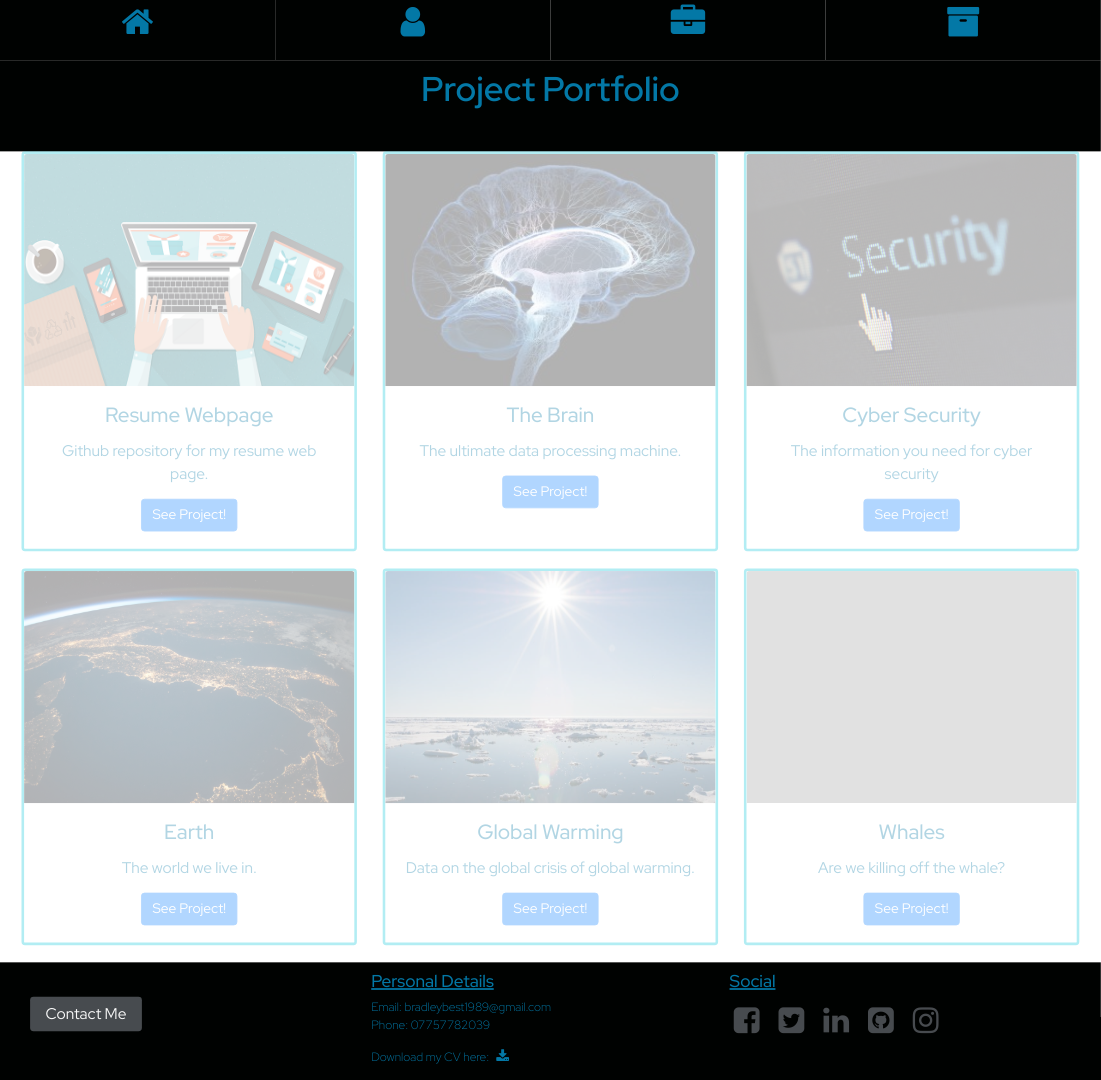
Repository: Brad000/Resume-project
Page: projects.html
The author's editor kept a record of every edit. The page is drawn from the files as they stood at one moment, then again after the next edit.
The browser window is 1280 px wide. The pictures show the whole page, at 86% of full size.
Pictures or frames that could not be fetched are drawn as grey boxes.

Above is the page before.

### projects.html
<!DOCTYPE html>
<html lang="en">

<head>
    <meta charset="UTF-8">
    <meta name="viewport" content="width=device-width, initial-scale=1.0">
    <meta http-equiv="X-UA-Compatible" content="ie=edge">
    <link rel="stylesheet" href="https://stackpath.bootstrapcdn.com/bootstrap/4.3.1/css/bootstrap.min.css" type="text/css" />
    <link rel="stylesheet" href="https://stackpath.bootstrapcdn.com/font-awesome/4.7.0/css/font-awesome.min.css" type="text/css" />
    <link rel="stylesheet" href="assets/css/style.css" type="text/css" />
    <link rel="stylesheet" href="https://cdnjs.cloudflare.com/ajax/libs/hover.css/2.3.1/css/hover-min.css" type="text/css" />
    <title>Bradley Best - Full Stack Web Developer</title>
</head>
<body>
    <!---------------------------NavBar------------------------------------>

    <header>
        <div class="row no-gutters">
            <div class="col-3 nav-item">
                <i class="fa fa-home"></i>
                <a id="nav-link" href="index.html">
                    <h5 id="nav-text">Home</h5>
                </a>
            </div>
            <div class="col-3 nav-item">
                <i class="fa fa-user"></i>
                <a id="nav-link" href="about-me.html">
                    <h5 id="nav-text">About Me</h5>
                </a>
            </div>
            <div class="col-3 nav-item">
                <i class="fa fa-briefcase"></i>
                <a id="nav-link" href="work-history.html">
                    <h5 id="nav-text">Work History</h5>
                </a>
            </div>
            <div class="col-3 nav-item">
                <i class="fa fa-archive"></i>
                <a id="nav-link" href="projects.html">
                    <h5 id="nav-text">Portfolio</h5>
                </a>
            </div>
        </div>
    </header>

    <!------------------------Project Portfolio------------------------------>

    <div class="row no-gutters project-bg">
        <div class="col-12 no-gutters">
            <h2 class="main-headings project-heading">Project Portfolio</h2>
        </div>
    </div>
    <div class="card-deck">
        <div class="card text-center">
            <img src="assets/images/online.png" class="card-img-top" alt="Resume Icon">
            <div class="card-body">
                <h5 class="card-title">Resume Webpage</h5>
                <p class="card-text">Github repository for my resume web page.</p>
                <a href="#" class="btn btn-primary">See Project!</a>
            </div>
        </div>
        <div class="card text-center">
            <img src="assets/images/brain.jpg" class="card-img-top" alt="The Human Brain">
            <div class="card-body">
                <h5 class="card-title">The Brain</h5>
                <p class="card-text">The ultimate data processing machine.</p>
                <a href="#" class="btn btn-primary">See Project!</a>
            </div>
        </div>
        <div class="card text-center">
            <img src="assets/images/cyber.jpg" class="card-img-top" alt="Cyber security logo">
            <div class="card-body">
                <h5 class="card-title">Cyber Security</h5>
                <p class="card-text">The information you need for cyber security</p>
                <a href="#" class="btn btn-primary">See Project!</a>
            </div>
        </div>
    </div>
    <div class="card-deck">
        <div class="card text-center">
            <img src="assets/images/earth.jpg" class="card-img-top" alt="Picture of Planet Earth">
            <div class="card-body">
                <h5 class="card-title">Earth</h5>
                <p class="card-text">The world we live in.</p>
                <a href="#" class="btn btn-primary">See Project!</a>
            </div>
        </div>
        <div class="card text-center">
            <img src="assets/images/global-warm.jpg" class="card-img-top" alt="Picture of the sun melting ice caps">
            <div class="card-body">
                <h5 class="card-title">Global Warming</h5>
                <p class="card-text">Data on the global crisis of global warming.</p>
                <a href="#" class="btn btn-primary">See Project!</a>
            </div>
        </div>
        <div class="card text-center">
            <img src="assets/images/whale.jpg" class="card-img-top" alt="Picture of a whales fin">
            <div class="card-body">
                <h5 class="card-title">Whales</h5>
                <p class="card-text">Are we killing off the whale?</p>
                <a href="#" class="btn btn-primary">See Project!</a>
            </div>
        </div>
    </div>

    <!---------------------------Footer------------------------------------>

    <footer class="container-fluid">
        <div class="row no-gutters" id="footer-details">
            <div class="col-sm-4">
                <button type="button" class="btn btn-secondary contact-button" data-toggle="modal" data-target="#exampleModal">Contact Me</button>
            </div>
            <div class="col-sm-4 footer-headings">
                <h5 class="sub-headings">Personal Details</h5>
                <div class="key">
                    <p class="personal-info-text">
                        Email: bradleybest1989@gmail.com
                    </p>
                </div>
                <div class="personal-info-text">
                    <p>
                        Phone: 07757782039
                    </p>
                </div>
                <div class="personal-info-text">
                    <p class="cv-text">Download my CV here:
                        <span><a href="assets/cv/CV.pdf" target="_blank" class="cv-pdf"></a>
                        <i class="fa fa-download cv-link" aria-hidden="true"></i>
                        </span>
                    </p>
                </div>
            </div>
            <div class="col-sm-4">
                <h5 class="footer-headings sub-headings">Social</h5>
                <ul class="list-inline">
                    <li class="list-inline-item social-links">
                        <a target="_blank" href="https://www.facebook.com/profile.php?id=100010751790168">
                            <i class="fa fa-facebook-square" aria-hidden="true"></i>
                            <span class="sr-only">Facebook</span>
                        </a>
                    </li>
                    <li class="list-inline-item social-links">
                        <a target="_blank" href="https://twitter.com/BradleyBest28">
                            <i class="fa fa-twitter-square" aria-hidden="true"></i>
                            <span class="sr-only">Twitter</span>
                        </a>
                    </li>
                    <li class="list-inline-item social-links">
                        <a target="_blank" href="https://www.linkedin.com/in/bradley-best-b56072188/">
                            <i class="fa fa-linkedin" aria-hidden="true"></i>
                            <span class="sr-only">Linkedin</span>
                        </a>
                    </li>
                    <li class="list-inline-item social-links">
                        <a target="_blank" href="https://github.com/Brad000/Resume-project">
                            <i class="fa fa-github-square" aria-hidden="true"></i>
                            <span class="sr-only">GitHub</span>
                        </a>
                    </li>
                    <li class="list-inline-item social-links">
                        <a target="_blank" href="https://www.instagram.com/brad_best0/?hl=en">
                            <i class="fa fa-instagram" aria-hidden="true"></i>
                            <span class="sr-only">Instagram</span>
                        </a>
                    </li>
                </ul>
            </div>
        </div>
    </footer>
</body>

</html>

### assets/css/style.css
@import url('https://fonts.googleapis.com/css?family=Red+Hat+Display:100,200,300,400,500,600,700');

/*-------------------Nav----------------------*/

.background {
  height: 100vh;
  width: 100%;
}

.nav-item {
  height: 70px;
  background-color: #000201;
  text-align: center;
  padding: 0;
}

.fa-home,
.fa-user,
.fa-archive,
.fa-briefcase {
  font-size: 25px;
  color: #0378A6;
  padding: 10px;
}

#nav-text {
  font-family: 'Red Hat Display', sans-serif;
  font-size: 12px;
  font-weight: 600;
  color: #0378A6;
  opacity: 1;
  cursor: pointer;
  text-decoration: none;
  transition: opacity 0.5s ease-in-out;
  -moz-transition: opacity 0.5s ease-in-out;
  -webkit-transition: opacity 0.5s ease-in-out;
  -o-transition: opacity 0.5s ease-in-out;
}

#nav-text:hover {
  opacity: 1;
}

#nav-link {
  text-decoration: none;
}

.landing-name {
  position: absolute;
  margin: 0;
  top: 40%;
  left: 50%;
  transform: translate(-50%, -50%);
  color: #fafafa;
  font-family: 'Red Hat Display', sans-serif;
  font-weight: 100;
  font-size: 26px;
}

.landing-text {
  position: absolute;
  top: 50%;
  left: 50%;
  transform: translate(-50%, -50%);
  color: #fafafa;
  font-family: 'Red Hat Display', sans-serif;
  font-weight: 400;
  font-size: 14px;
}


/*-------------------About Me-----------------*/

.about-me-container {
  background-color: #0378A6;
}

.about-me-text {
  padding-left: 15px;
  padding-right: 15px;
  font-family: 'Red Hat Display', sans-serif;
  color: #fafafa;
}

.main-headings {
  padding-top: 10px;
  padding-bottom: 25px;
  text-align: center;
  font-weight: 600;
  font-size: 40px;
}

.headings {
  padding-bottom: 10px;
  font-size: 25px;
  font-weight: 300;
}

.about-me-para {
  padding-bottom: 5px;
  font-size: 16px;
  line-height: 1.8em;
  font-weight: 100;
}

/*-------------------Skills-------------------*/

.skills-container {
  background-color: #fafafa
}

.skills-text {
  font-family: 'Red Hat Display', sans-serif;
  color: #0378a6;
  padding-left: 15px;
  padding-right: 15px;
}

.skills-heading {
  text-align: left;
  color: #0378a6;
  font-size: 25px;
  font-weight: 500;
  padding-top: 10px;
}

.fa-desktop,
.fa-cog,
.fa-book {
  padding-right: 10px;
  font-size: 28px;
}

.skills-para {
  padding-bottom: 30px;
  font-size: 16px;
  line-height: 1.8em;
  font-weight: 400;
}

@keyframes load {
  from {
    width: 0%
  }
}

@-webkit-keyframes load {
  from {
    width: 0%
  }
}

@-moz-keyframes load {
  from {
    width: 0%
  }
}

@-o-keyframes load {
  from {
    width: 0%
  }
}

.bar {
  background-color: #5f6366;
  padding: 0;
  border-radius: 5px;
  margin-bottom: 20px;
  font-size: 14px;
  color: #5f6366;
  font-weight: 300;
  font-family: 'Red Hat Display', sans-serif;
  text-shadow: 1px 1px 1px rgba(0, 0, 0, 0.5);
  margin-left: 20px;
  margin-right: 20px;
}

.bar::before {
  content: attr(data-skill);
  background-color: #04C4D9;
  display: inline-block;
  padding: 5px 0 5px 10px;
  border-radius: inherit;
  animation: load 2s 0s;
  -webkit-animation: load 2s 0s;
  -moz-animation: load 2s 0s;
  -o-animation: load 2s 0s;
}

.bar.front::before {
  background-color: #90ccf4;
}

.bar.back::before {
  background-color: #5da2d5;
}

.bar.learning::before {
  background-color: #f78888;
}

.bar.learning::before {
  width: calc(20% - 10px);
}

.bar.basic::before {
  width: calc(40% - 10px);
}

.bar.intermediate::before {
  width: calc(60% - 10px);
}

.bar.advanced::before {
  width: calc(70% - 10px);
}

.bar.expert::before {
  width: calc(90% - 10px);
}

/*---------------Work History------------------*/

.work-history-container {
  background-color: #fafafa
}

.work-headings {
  font-family: 'Red Hat Display', sans-serif;
  color: #0378a6;
  padding-left: 15px;
  padding-right: 15px;
}

.timeline-item {
  padding: 4em 2em 0em 2em;
  position: relative;
  color: #0378a6;
  border-left: 3px solid;
  margin-left: 30px;
  font-family: 'Red Hat Display', sans-serif;
}

.timeline-item p {
  padding: 0;
  margin: 0;
}

.timeline-item:before {
  content: attr(data-dates);
  position: absolute;
  left: 2.5em;
  top: 3em;
  display: block;
  font-family: 'Red Hat Display', sans-serif;
  font-weight: 500;
  font-size: 0.8em;
  padding: 0;
  margin: 0;
}

.timeline-item:after {
  width: 14px;
  height: 14px;
  display: block;
  top: 2.4em;
  position: absolute;
  left: -8px;
  border-radius: 12px;
  content: ' ';
  background: #0378a6;
}

.history-items {
  margin-bottom: 55px;
}

#work-link {
  color: #0378a6;
}

/*-------------------Why Web-------------------*/

.why-web-container {
  background-color: #0378A6;
}

.why-headings {
  padding-left: 15px;
  padding-right: 15px;
  padding-bottom: 65px;
  font-family: 'Red Hat Display', sans-serif;
  color: #fafafa;
}

.why-para {
  font-family: 'Red Hat Display', sans-serif;
  padding-left: 20px;
  padding-right: 20px;
  padding-bottom: 5px;
  font-size: 18px;
  line-height: 1.9em;
  font-weight: 100;
  color: #fafafa;
}

.quote {
  font-family: 'Red Hat Display', sans-serif;
  font-size: 18px;
  line-height: 1.8em;
  font-weight: 600;
  color: #fafafa;
  padding-bottom: 5px;
  padding-top: 70px;
  padding-left: 20px;
  padding-right: 20px;
}

/*---------------Project Portfolio------------*/

.project-heading {
  font-family: 'Red Hat Display', sans-serif;
  color: #0378A6;
  padding-bottom: 40px;
}

.card-deck {
  margin: 0;
  padding-bottom: 20px;
  padding-left: 10px;
  padding-right: 10px;
  font-family: 'Red Hat Display', sans-serif;
  color: #0378a6;
}

.card-title {
  font-size: 24px;
  font-weight: 500;
}

.card-text {
  font-size: 18px;
  font-weight: 400;
}

.card-img-top {
  max-height: 190px;
}

.project-bg {
  background-color: #000201;
}

.card {
  background-color: transparent;
  border: 3px solid #04c4d9;
  opacity: 0.9;
   transition: opacity 0.5s ease-in-out;
  -moz-transition: opacity 0.5s ease-in-out;
  -webkit-transition: opacity 0.5s ease-in-out;
  -o-transition: opacity 0.5s ease-in-out;
}

.card-button {
  background-color: #000201;
  color: #04c4d9;
  font-weight: 500;
  border: 2px solid #04c4d9;
}

.card-button:hover {
  background-color: #04c4d9;
  color: #000201;
  border: 2px solid #000201;
}

.card:hover {
  opacity: 1;
}

/*-------------------Contact Me-------------------*/

.contact-heading {
  font-family: 'Red Hat Display', sans-serif;
  text-align: center;
  font-weight: 600;
  color: #04c4d9;
  background-color: #000201;
  padding-top: 20px;
  padding-bottom: 20px;

}





/*-------------------Footer-------------------*/

footer {
  background-color: #000201;
  color: #0378A6;
  min-height: 120px;
  margin: 0;
  font-size: 18px;
  font-family: 'Red Hat Display', sans-serif;
  font-weight: 300;

}

.sub-headings {
  padding-top: 10px;
  text-decoration: underline;
}

.contact-button {
  width: 130px;
  border: 0;
  height: 40px;
  margin-left: 0;
  margin-top: 10px;
  margin-bottom: 10px;
  text-align: center;
  font-size: 18px;
  color: #fafafa;
  background: #474b4f;
  transition: background 0.5s ease-in-out;
  -moz-transition: background 0.5s ease-in-out;
  -webkit-transition: background 0.5s ease-in-out;
  -o-transition: background 0.5s ease-in-out;
}

.contact-button:hover {
  background-color: #04C4D9;
}

.personal-info-text {
  margin: 0;
  font-size: 14px;
  font-weight: 200;
}

.cv-link {
  margin-left: 5px;
  font-size: 16px;
  color: #0378A6;
  transition: color 0.5s ease-in-out;
  -moz-transition: color 0.5s ease-in-out;
  -webkit-transition: color 0.5s ease-in-out;
  -o-transition: color 0.5s ease-in-out;
}

.cv-link:hover {
  color: #025E73;
  cursor: pointer;
}

.social-links a {
  color: #474b4f;
  font-size: 35px;
  padding: 5px;
  transition: color 0.5s ease-in-out;
  -moz-transition: color 0.5s ease-in-out;
  -webkit-transition: color 0.5s ease-in-out;
  -o-transition: color 0.5s ease-in-out;
}

.social-links a:hover {
  color: #04C4D9;
}

/*----------------Media Queries---------------*/

@media(min-width: 575px) {
  .contact-button {
    margin-top: 40px;
    margin-left: 20px;
  }
}

@media(min-width: 575px) {
  .fa-home,
  .fa-user,
  .fa-archive,
  .fa-briefcase {
    font-size: 40px;
    padding: 5px;
  }
}

@media(min-width: 575px) {
  #nav-text {
    opacity: 0;
    font-size: 14px;
  }
}

@media(min-width: 374px) {
  .landing-name {
    font-size: 33px;
  }
  .landing-text {
    font-size: 16px;
  }
}

@media(min-width: 767px) {
  .landing-name {
    font-size: 60px;
    padding-bottom: 15px;
  }
  .landing-text {
    font-size: 30px;
  }
}

@media(min-width: 1024px) {
  .landing-name {
    font-size: 80px;
  }
  .landing-text {
    font-size: 40px;
  }
}

@media(min-width: 1024px) {
  .card-img-top {
    min-height: 270px;
  }
}

@media(min-width: 1025px) {
  .card {
    opacity: 0.3;
  }
}

After the next edit:
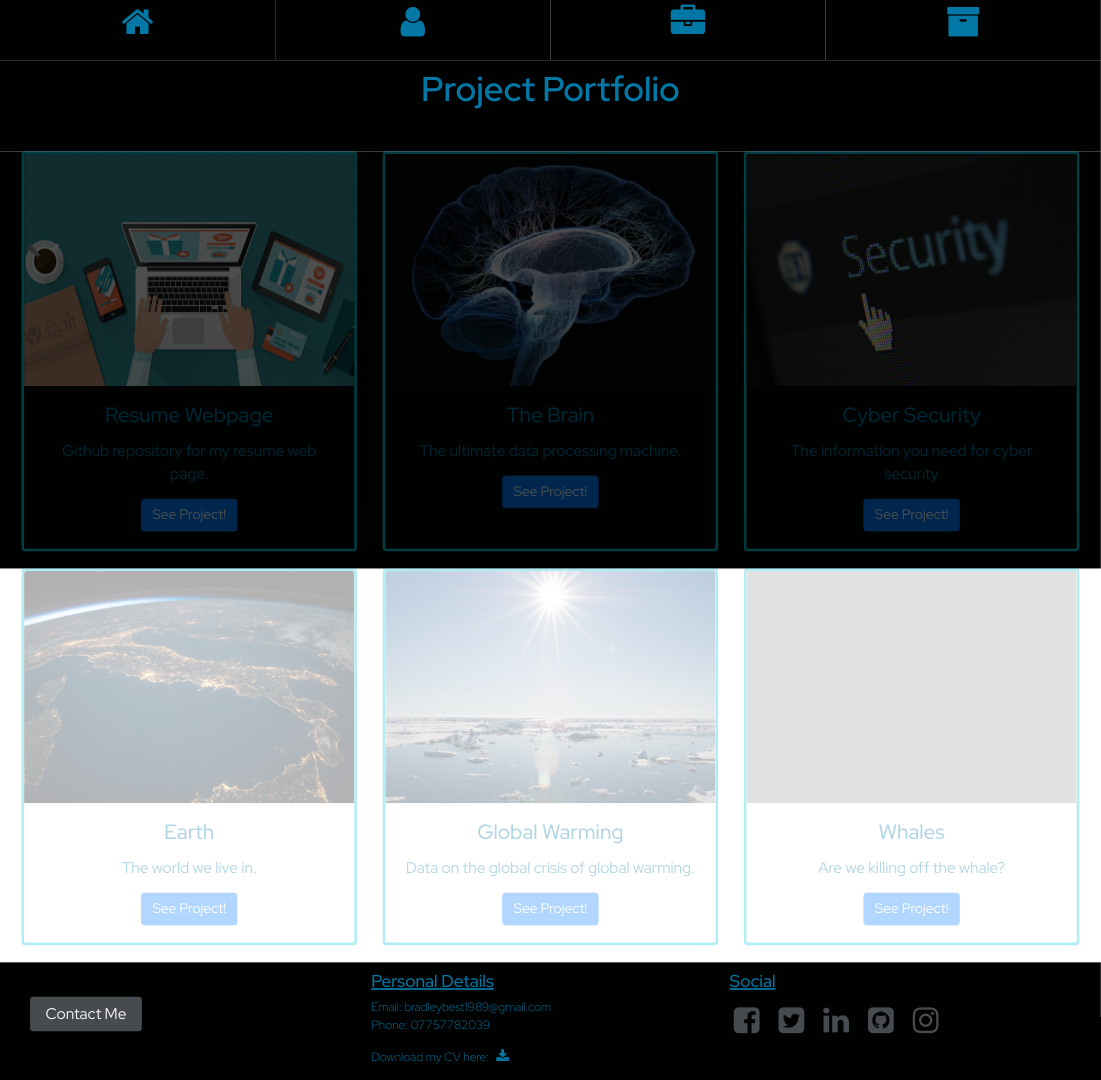
The edit:
--- a/projects.html
+++ b/projects.html
@@ -50,7 +50,7 @@
             <h2 class="main-headings project-heading">Project Portfolio</h2>
         </div>
     </div>
-    <div class="card-deck">
+    <div class="card-deck project-bg">
         <div class="card text-center">
             <img src="assets/images/online.png" class="card-img-top" alt="Resume Icon">
             <div class="card-body">
